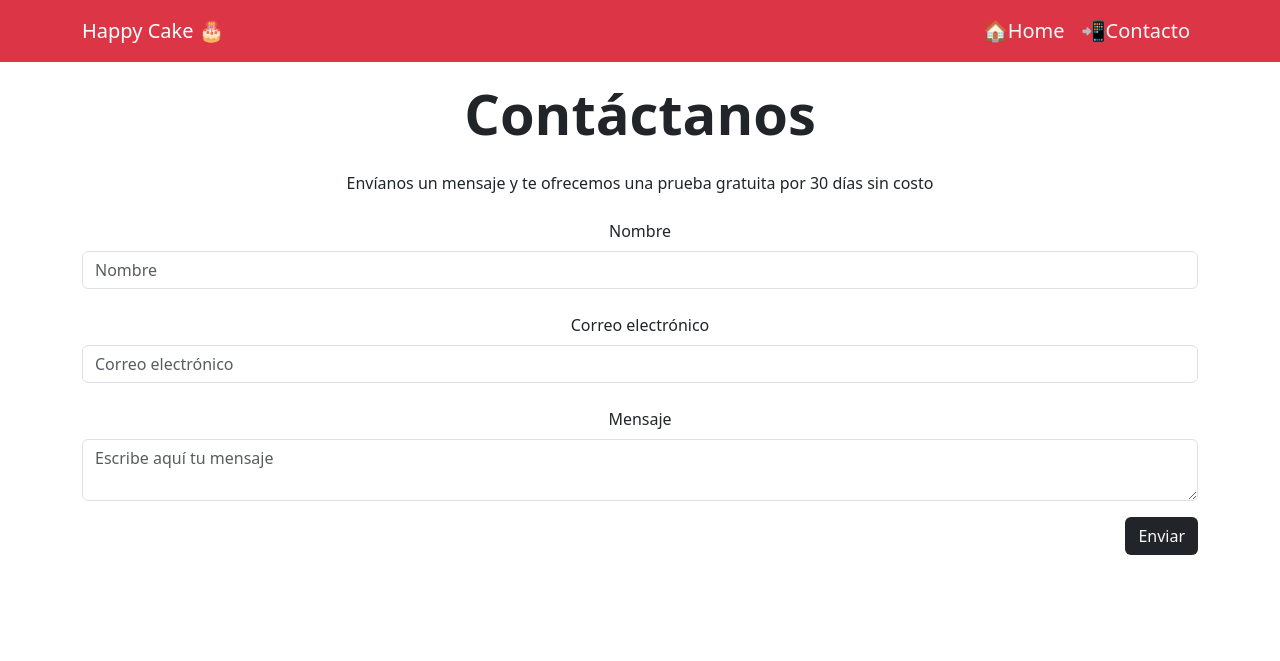
Repository: cvalenciapatagonia/Desafio-1-React-II
Page: /contacto
An editor plug-in stored every save of this project. The page is shown before and after the next save, followed by the edit.
The browser window is 1280 px wide. The pictures show the whole page.
The project was rebuilt for these pictures with package versions that can differ from the ones it lists, and the page was loaded fresh each time. Also part of the build but not shown: vite.config.js, src/views/Home.jsx.

Above is the page before, as saved 2023-09-22 13:28:36.

### src/App.jsx
import "./App.css";
import "bootstrap/dist/css/bootstrap.min.css";
import { BrowserRouter, Routes, Route } from "react-router-dom";

import Navbar from "./components/Navbar";
import Home from "./views/Home";
import Contacto from "./views/Contacto"
function App() {
  return (
    <>
      <div>
        <BrowserRouter>
          <Navbar />

          <Routes>
            <Route path="/" element={<Home />} />
            <Route path="/contacto" element={<Contacto />} />
          </Routes>
        </BrowserRouter>
      </div>
    </>
  );
}

export default App;

### src/index.css
header{
  background-color: blue;
}

### src/components/Navbar.jsx
import React from "react";
import { Link } from "react-router-dom";

export default function Navigation() {
  return (
    <>
      <header>
        <nav className="navbar navbar-expand-lg navbar-dark fixed-top navbar-custom bg-danger">
          <div className="container">
            <div className="navbar-brand">Happy Cake 🎂</div>
            <button
              className="navbar-toggler"
              type="button"
              data-bs-toggle="collapse"
              data-bs-target="#navbarTogglerDemo01"
              aria-controls="navbarTogglerDemo01"
              aria-expanded="false"
              aria-label="Toggle navigation"
            >
              <span className="navbar-toggler-icon"></span>
            </button>
            <div
              className="collapse navbar-collapse"
              id="navbarTogglerDemo01"
            >
              <ul className="navbar-nav ms-auto mb-2 mb-lg-0 fs-5">
                <li className="nav-item">
                  <Link className="nav-link active text-light" to="/home">🏠Home</Link>
                </li>
                <li className="nav-item">
                  <Link className="nav-link active text-light" to="/contacto">📲Contacto</Link>
                </li>
              </ul>
            </div>
          </div>
        </nav>
      </header>
    </>
  );
}

### src/views/Contacto.jsx
import React, { Component } from "react";

export class Contacto extends Component {
  render() {
    return (
      <div>
        <section id="Contacto">
          <div className="form-container container my-5">
            <h2 className="display-4 fw-bold text-center my-4">Contáctanos</h2>

            <p className="text-center my-4 d-none d-md-block">
              Envíanos un mensaje y te ofrecemos una prueba gratuita por 30 días
              sin costo
            </p>

            <form>
              <div className="form-group mb-4">
                <label className="mb-2">Nombre</label>
                <input className="form-control" placeholder="Nombre" />
              </div>

              <div className="form-group mb-4">
                <label className="mb-2">Correo electrónico</label>
                <input
                  className="form-control"
                  placeholder="Correo electrónico"
                />
              </div>

              <div className="form-group">
                <label className="mb-2">Mensaje</label>
                <textarea
                  className="form-control"
                  placeholder="Escribe aquí tu mensaje"
                ></textarea>
              </div>

              <div className="my-3 text-end">
                <button className="btn bg-dark text-light">Enviar</button>
              </div>
            </form>
          </div>
        </section>
      </div>
    );
  }
}

export default Contacto;

Loaded but not shown: index.html (common file); src/main.jsx (common file); src/App.css (common file)

After the next save:
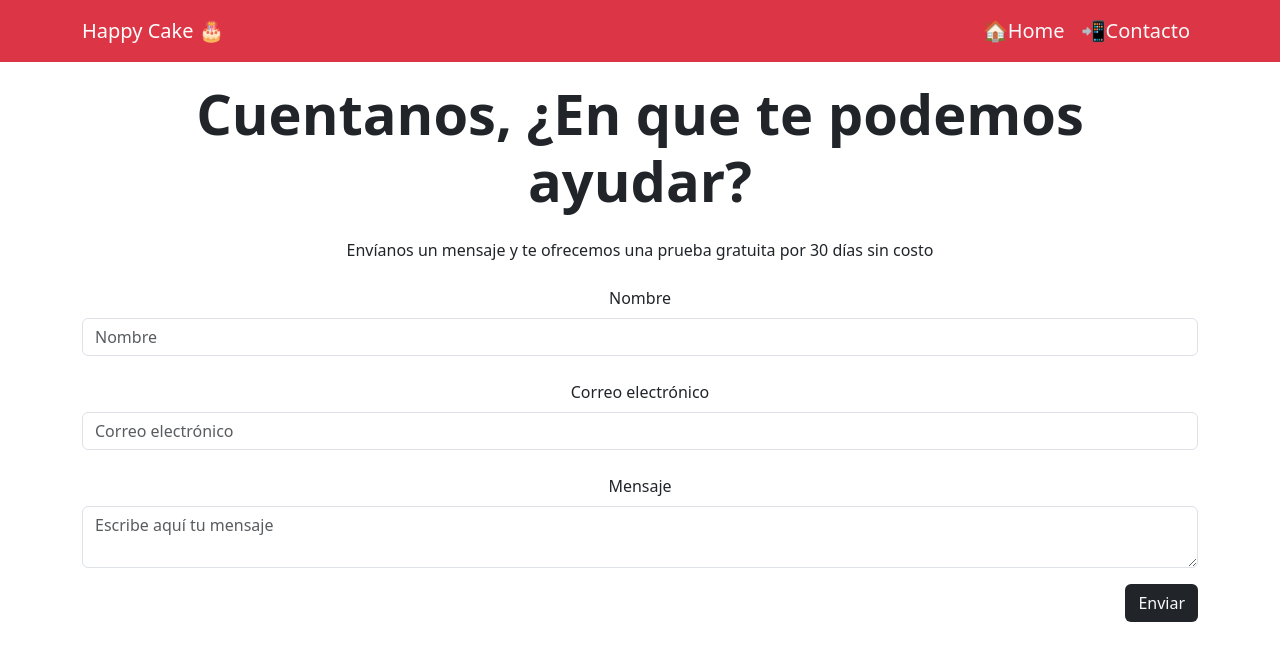
Saved 55 s later.
--- a/src/views/Contacto.jsx
+++ b/src/views/Contacto.jsx
@@ -6,7 +6,7 @@
       <div>
         <section id="Contacto">
           <div className="form-container container my-5">
-            <h2 className="display-4 fw-bold text-center my-4">Contáctanos</h2>
+            <h2 className="display-4 fw-bold text-center my-4">Cuentanos, ¿En que te podemos ayudar?</h2>
 
             <p className="text-center my-4 d-none d-md-block">
               Envíanos un mensaje y te ofrecemos una prueba gratuita por 30 días
